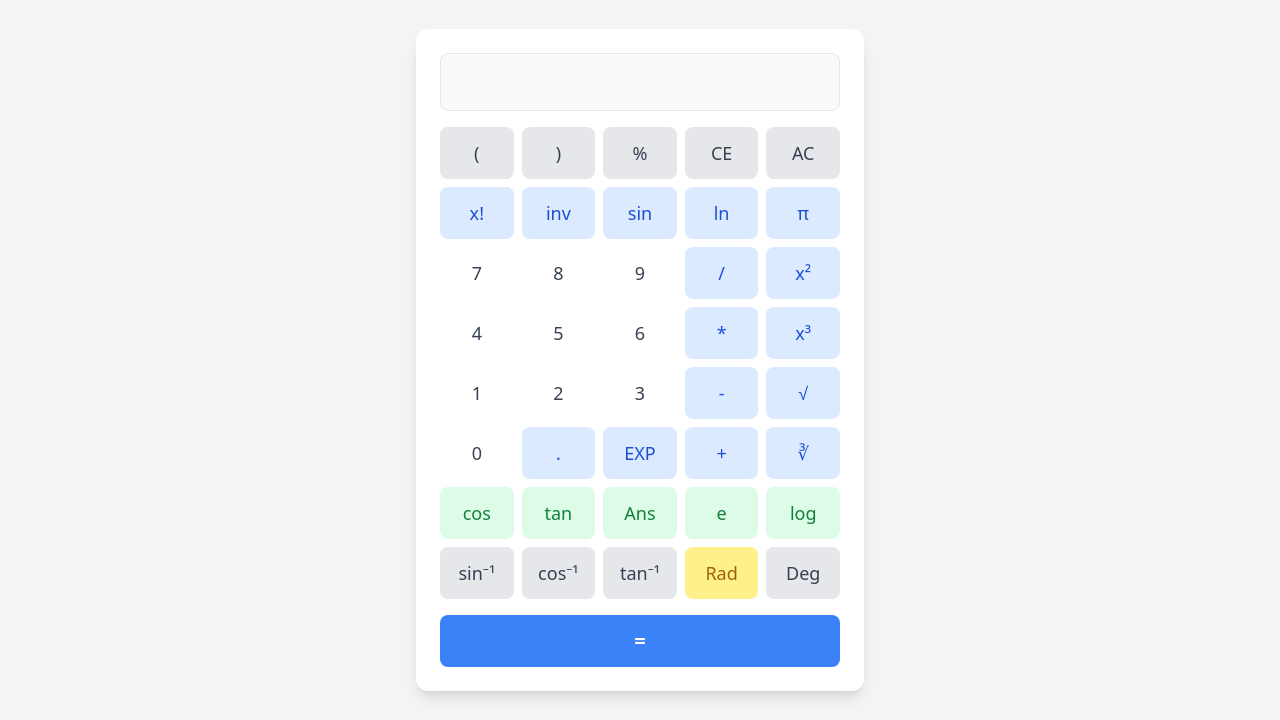
Repository: Sirinegaddour11/Calculator-App
Page: /
The author's editor kept a copy of each file at every save. The page is drawn from the files as they stood at one save, then again after a run of saves.
The browser window is 1280 px wide. The pictures show the whole page.
The project was rebuilt for these pictures with package versions that can differ from the ones it lists, and the page was loaded fresh each time. The framework's server and built-in components were replaced by stand-ins that run in the browser. Also part of the build but not shown: next.config.mjs.

Above is the page before, as saved 2024-09-16 19:37:18.

After the next 10 saves:
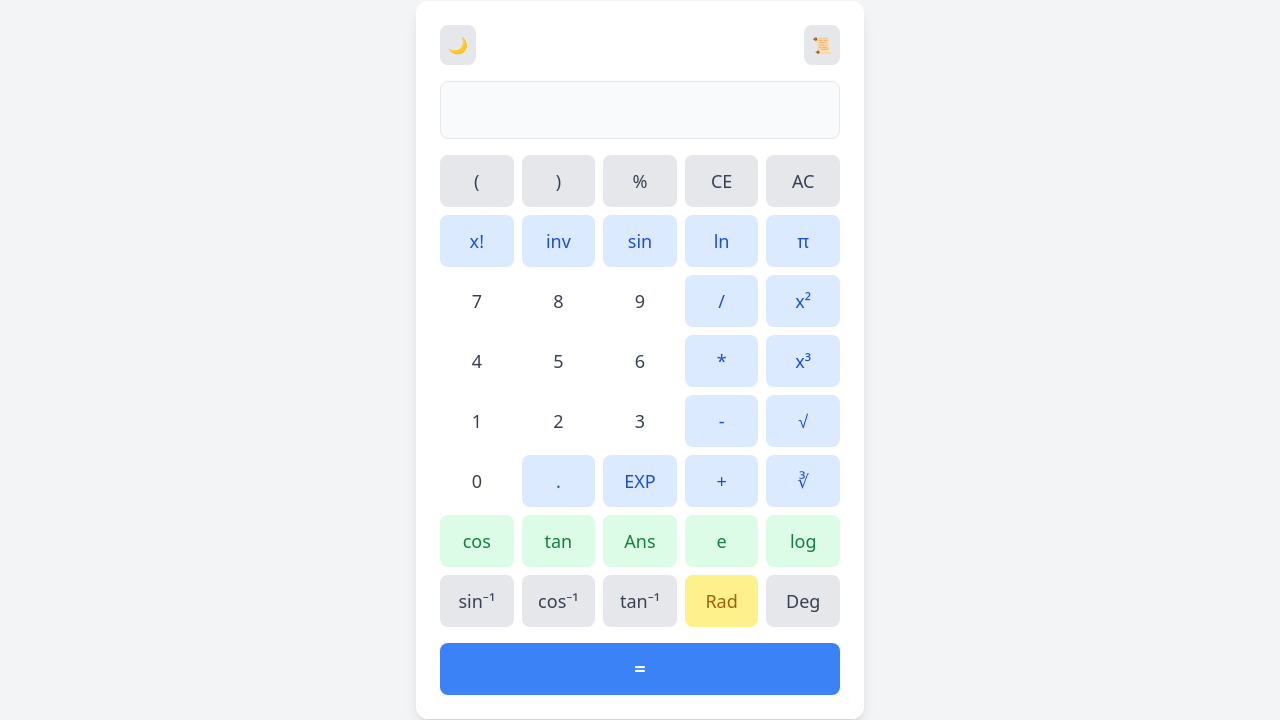
The 10 saves are shown as one change because they came seconds apart.
The last was saved 26 s later.
--- a/components/calculator.tsx
+++ b/components/calculator.tsx
@@ -113,6 +113,7 @@ const Calculator: React.FC = () => {
       const result = evaluate(expressionToEvaluate);
       setLastResult(result.toString());
       setExpression(result.toString());
+      setHistory((prev) => [expression + " = " + result.toString(), ...prev.slice(0, 4)]);
     } catch (error) {
       setExpression("Erreur");
     }
@@ -123,21 +124,57 @@ const Calculator: React.FC = () => {
     setLastResult("");
   };
 
+  const toggleTheme = () => {
+    setTheme((prevTheme) => (prevTheme === "light" ? "dark" : "light"));
+  };
+
+  const toggleHistory = () => {
+    setShowHistory((prev) => !prev);
+  };
+
+  useEffect(() => {
+    document.body.className = theme;
+  }, [theme]);
+
   return (
-    <div className="flex justify-center items-center min-h-screen bg-gray-100 font-sans">
-      <div className="max-w-md w-full bg-white rounded-xl shadow-lg p-6">
+    <div className={`flex justify-center items-center min-h-screen bg-${theme === "light" ? "gray-100" : "gray-800"} font-sans`}>
+      <div className={`max-w-md w-full bg-${theme === "light" ? "white" : "gray-700"} rounded-xl shadow-lg p-6`}>
+        <div className="flex justify-between mb-4">
+          <button
+            className={`p-2 rounded-lg ${theme === "light" ? "bg-gray-200 text-gray-700" : "bg-gray-600 text-white"}`}
+            onClick={toggleTheme}
+          >
+            {theme === "light" ? "🌙" : "☀️"}
+          </button>
+          <button
+            className={`p-2 rounded-lg ${theme === "light" ? "bg-gray-200 text-gray-700" : "bg-gray-600 text-white"}`}
+            onClick={toggleHistory}
+          >
+            📜
+          </button>
+        </div>
         <input
           type="text"
-          className="w-full mb-4 p-3 text-2xl text-right bg-gray-50 rounded-lg border border-gray-200 focus:outline-none focus:border-blue-500"
+          className={`w-full mb-4 p-3 text-2xl text-right ${theme === "light" ? "bg-gray-50 text-gray-700" : "bg-gray-600 text-white"} rounded-lg border border-gray-200 focus:outline-none focus:border-blue-500`}
           value={expression}
           readOnly
         />
+        {showHistory && (
+          <div className={`mb-4 p-2 ${theme === "light" ? "bg-gray-100" : "bg-gray-600"} rounded-lg`}>
+            <h3 className={`text-lg font-bold ${theme === "light" ? "text-gray-700" : "text-white"}`}>Historique</h3>
+            <ul>
+              {history.map((item, index) => (
+                <li key={index} className={`${theme === "light" ? "text-gray-600" : "text-gray-200"}`}>{item}</li>
+              ))}
+            </ul>
+          </div>
+        )}
         <div className="grid grid-cols-5 gap-2">
           {/* Ligne 1 */}
           {["(", ")", "%", "CE", "AC"].map((value, index) => (
             <button
               key={index}
-              className="p-3 bg-gray-200 text-gray-700 rounded-lg hover:bg-gray-300 text-lg font-medium transition-colors"
+              className={`p-3 ${theme === "light" ? "bg-gray-200 text-gray-700" : "bg-gray-600 text-white"} rounded-lg hover:bg-gray-300 text-lg font-medium transition-colors`}
               onClick={() =>
                 value === "AC" ? handleClear() : handleButtonClick(value)
               }
@@ -149,7 +186,7 @@ const Calculator: React.FC = () => {
           {["x!", "inv", "sin", "ln", "π"].map((value, index) => (
             <button
               key={index}
-              className="p-3 bg-blue-100 text-blue-700 rounded-lg hover:bg-blue-200 text-lg font-medium transition-colors"
+              className={`p-3 ${theme === "light" ? "bg-blue-100 text-blue-700" : "bg-blue-700 text-white"} rounded-lg hover:bg-blue-200 text-lg font-medium transition-colors`}
               onClick={() => handleButtonClick(value)}
             >
               {value}
@@ -161,8 +198,8 @@ const Calculator: React.FC = () => {
               key={index}
               className={`p-3 ${
                 isNaN(Number(value))
-                  ? "bg-blue-100 text-blue-700"
-                  : "bg-white text-gray-700"
+                  ? theme === "light" ? "bg-blue-100 text-blue-700" : "bg-blue-700 text-white"
+                  : theme === "light" ? "bg-white text-gray-700" : "bg-gray-700 text-white"
               } rounded-lg hover:bg-gray-100 text-lg font-medium transition-colors`}
               onClick={() => handleButtonClick(value)}
             >
@@ -175,8 +212,8 @@ const Calculator: React.FC = () => {
               key={index}
               className={`p-3 ${
                 isNaN(Number(value))
-                  ? "bg-blue-100 text-blue-700"
-                  : "bg-white text-gray-700"
+                  ? theme === "light" ? "bg-blue-100 text-blue-700" : "bg-blue-700 text-white"
+                  : theme === "light" ? "bg-white text-gray-700" : "bg-gray-700 text-white"
               } rounded-lg hover:bg-gray-100 text-lg font-medium transition-colors`}
               onClick={() => handleButtonClick(value)}
             >
@@ -189,8 +226,8 @@ const Calculator: React.FC = () => {
               key={index}
               className={`p-3 ${
                 isNaN(Number(value))
-                  ? "bg-blue-100 text-blue-700"
-                  : "bg-white text-gray-700"
+                  ? theme === "light" ? "bg-blue-100 text-blue-700" : "bg-blue-700 text-white"
+                  : theme === "light" ? "bg-white text-gray-700" : "bg-gray-700 text-white"
               } rounded-lg hover:bg-gray-100 text-lg font-medium transition-colors`}
               onClick={() => handleButtonClick(value)}
             >
@@ -203,8 +240,8 @@ const Calculator: React.FC = () => {
               key={index}
               className={`p-3 ${
                 isNaN(Number(value))
-                  ? "bg-blue-100 text-blue-700"
-                  : "bg-white text-gray-700"
+                  ? theme === "light" ? "bg-blue-100 text-blue-700" : "bg-blue-700 text-white"
+                  : theme === "light" ? "bg-white text-gray-700" : "bg-gray-700 text-white"
               } rounded-lg hover:bg-gray-100 text-lg font-medium transition-colors`}
               onClick={() => handleButtonClick(value)}
             >
@@ -215,7 +252,7 @@ const Calculator: React.FC = () => {
           {["cos", "tan", "Ans", "e", "log"].map((func, index) => (
             <button
               key={index}
-              className="p-3 bg-green-100 text-green-700 rounded-lg hover:bg-green-200 text-lg font-medium transition-colors"
+              className={`p-3 ${theme === "light" ? "bg-green-100 text-green-700" : "bg-green-700 text-white"} rounded-lg hover:bg-green-200 text-lg font-medium transition-colors`}
               onClick={() => handleButtonClick(func)}
             >
               {func}
@@ -228,8 +265,8 @@ const Calculator: React.FC = () => {
               className={`p-3 ${
                 (func === "Rad" && isRadianMode) ||
                 (func === "Deg" && !isRadianMode)
-                  ? "bg-yellow-200 text-yellow-700"
-                  : "bg-gray-200 text-gray-700"
+                  ? theme === "light" ? "bg-yellow-200 text-yellow-700" : "bg-yellow-600 text-white"
+                  : theme === "light" ? "bg-gray-200 text-gray-700" : "bg-gray-600 text-white"
               } rounded-lg hover:bg-gray-300 text-lg font-medium transition-colors`}
               onClick={() => handleButtonClick(func)}
             >
@@ -238,7 +275,7 @@ const Calculator: React.FC = () => {
           ))}
         </div>
         <button
-          className="mt-4 w-full p-3 bg-blue-500 text-white rounded-lg hover:bg-blue-600 text-xl font-bold transition-colors"
+          className={`mt-4 w-full p-3 ${theme === "light" ? "bg-blue-500 text-white" : "bg-blue-700 text-white"} rounded-lg hover:bg-blue-600 text-xl font-bold transition-colors`}
           onClick={handleCalculate}
         >
           =
